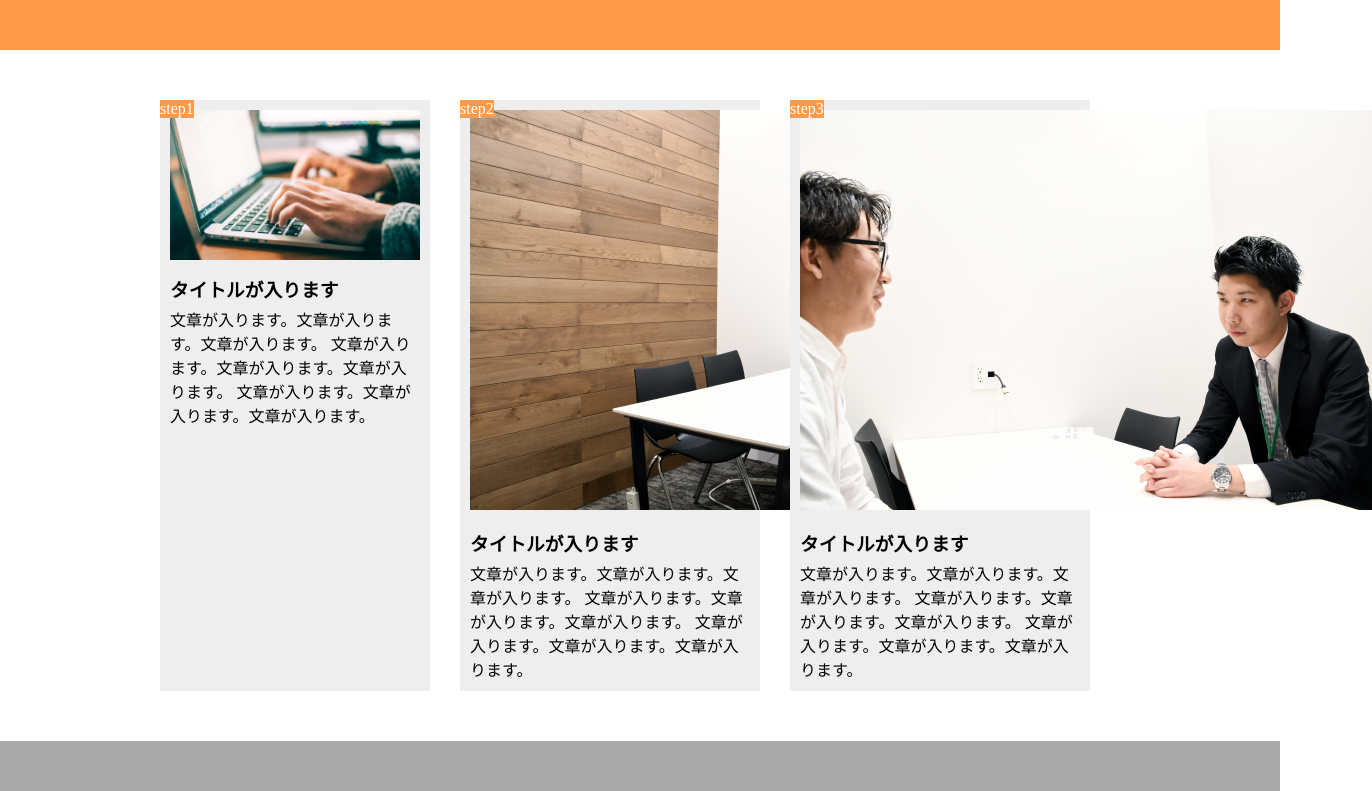
Repository: Kaori199701/-1
Page: 課題1/chapter9-index.html
The author's editor kept a record of every edit. The page is drawn from the files as they stood at one moment, then again after the next edit.
The browser window is 1280 px wide. The page is 1372 px wide, so the pictures cover 1372 px, including what lies to the right of the window. The pictures show the whole page.

Above is the page before.

After the next edit:
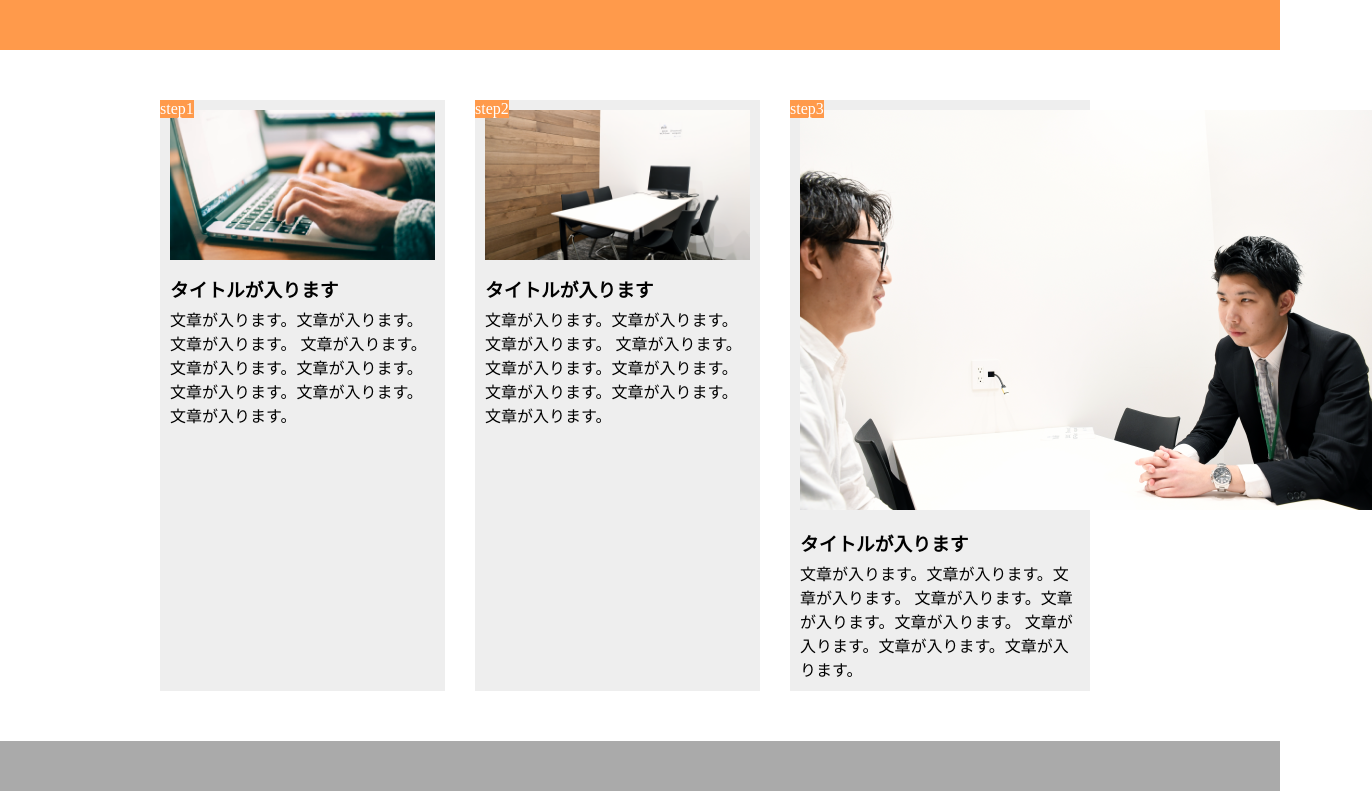
The edit:
--- a/課題1/chapter9-index.html
+++ b/課題1/chapter9-index.html
@@ -29,7 +29,7 @@
          </div>
          <!-- 2コ目の記事-->
          <div class="contents-box">
-           <img class="contents-image" src="img/flow02.png">
+           <div class="step-img2"></div>
            <span class="step-number">step2</span>
            <h3 class="contents-text-heading">タイトルが入ります</h3>
            <p>文章が入ります。文章が入ります。文章が入ります。
